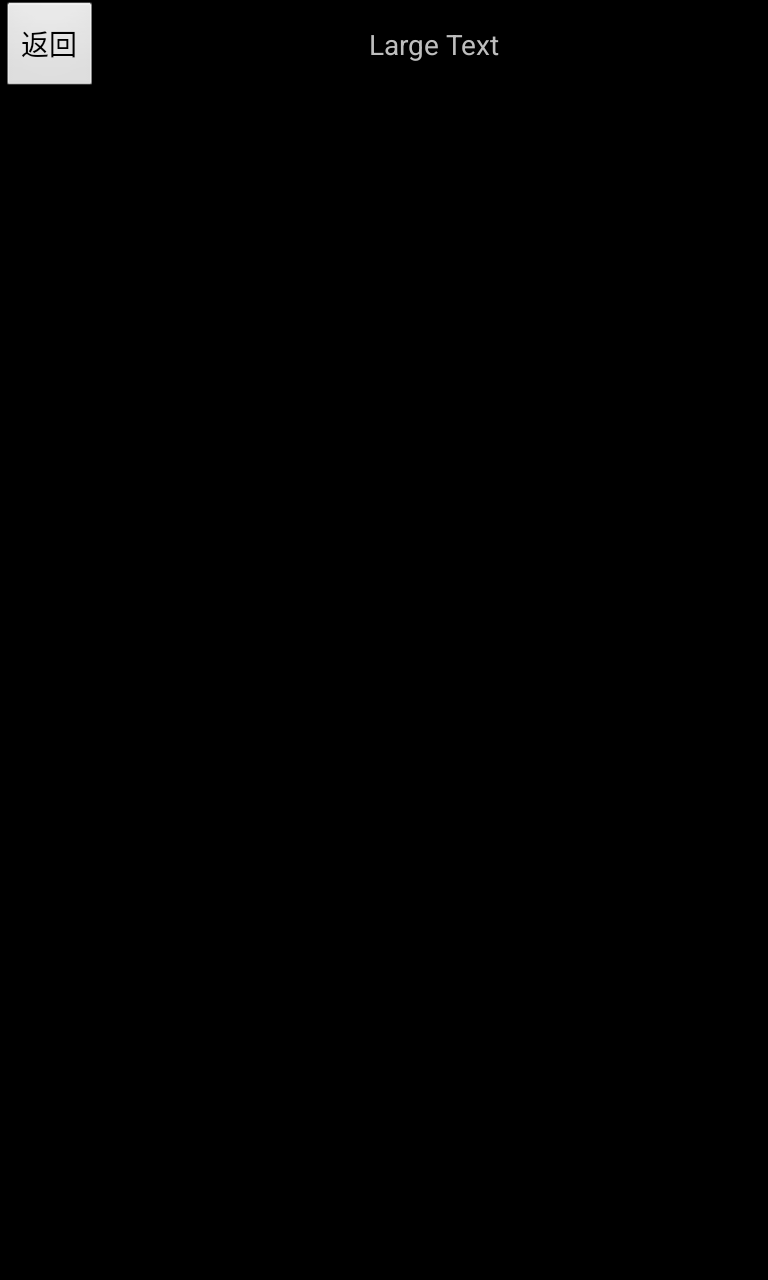
Repository: gongxinge/money-android
Layout: P2P/res/layout/billdetaillist.xml
The author's editor kept a copy of each file at every save. The layout is drawn from the files as they stood at one save, then again after the next save.
It is drawn on a 768 x 1280 px phone screen (xhdpi) without system bars, with theme android:Theme; the app's code is not run. Lists and similar views that code fills are empty.

Above is the layout before, as saved 2015-06-28 07:54:42.

After the next save:
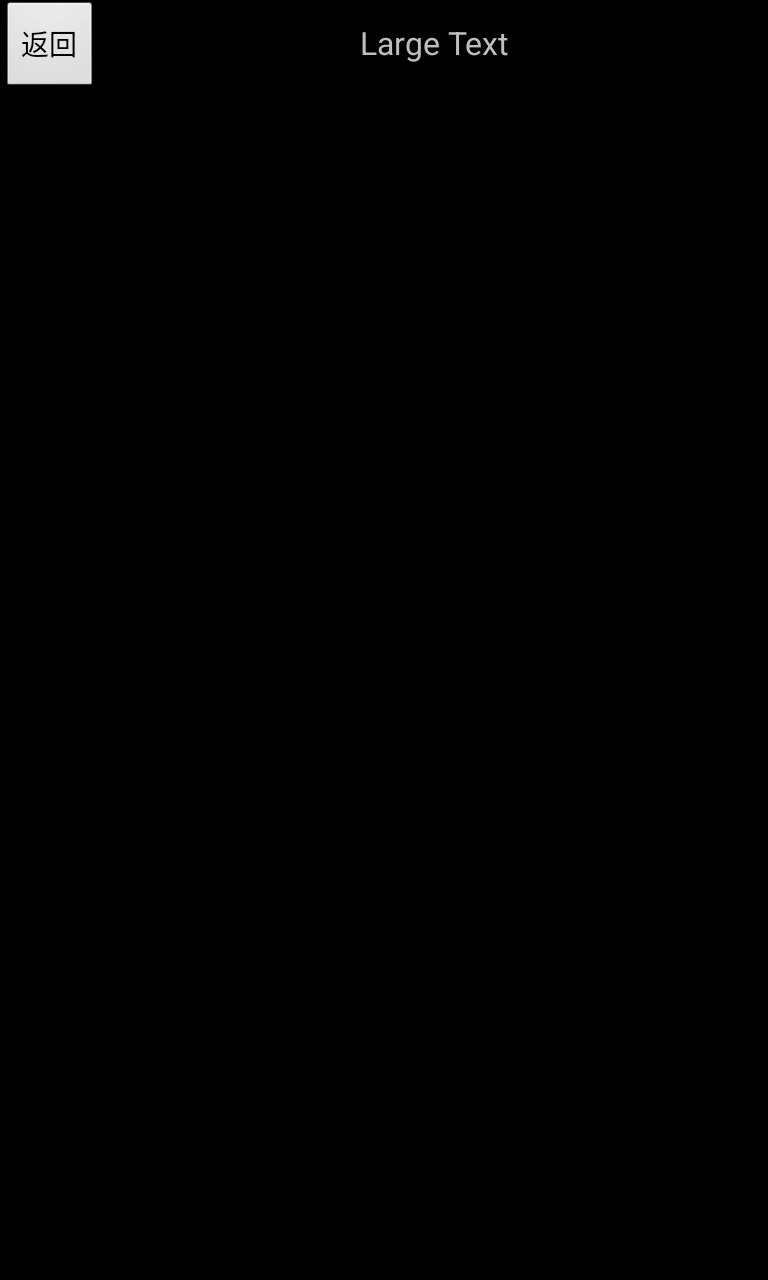
Saved 40 s later.
--- a/P2P/res/layout/billdetaillist.xml
+++ b/P2P/res/layout/billdetaillist.xml
@@ -21,6 +21,7 @@
             android:layout_width="fill_parent"
             android:layout_height="wrap_content"
             android:gravity="center"
+            android:textSize="16dp"
             android:text="Large Text" />
     </LinearLayout>
 
